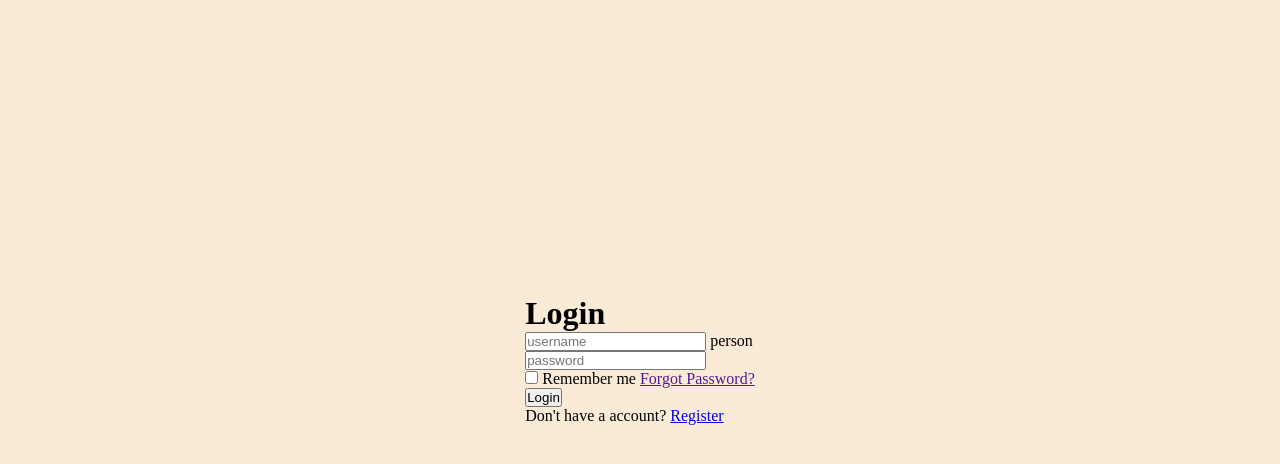
Repository: Kubraaygun/Html_Css_Login
Page: index.html
The author's editor kept a copy of each file at every save. The page is drawn from the files as they stood at one save, then again after the next save.
The browser window is 1280 px wide. The pictures show the whole page.

Above is the page before, as saved 2025-03-05 18:49:22.

After the next save:
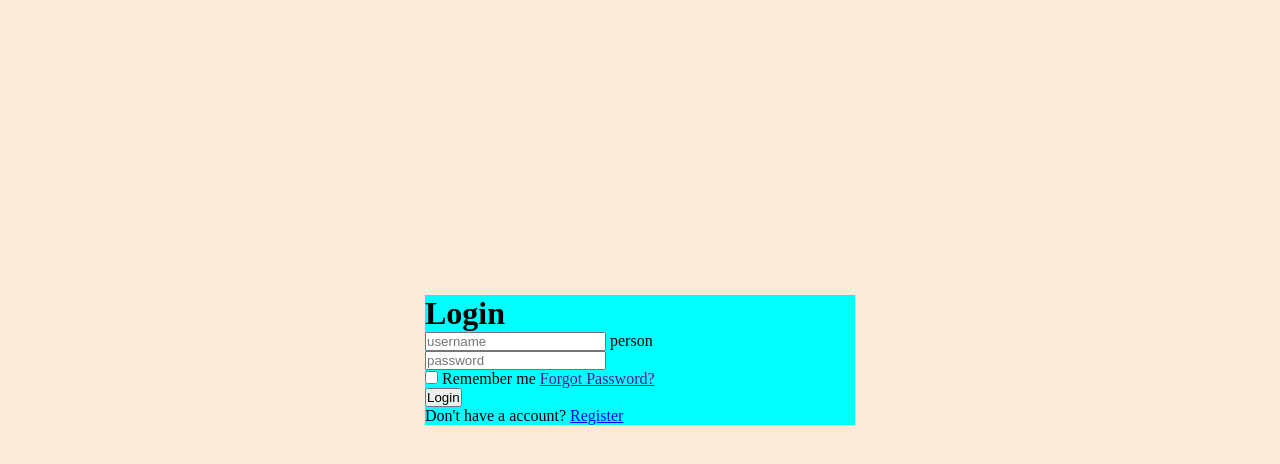
Saved 8 s later.
--- a/style.css
+++ b/style.css
@@ -11,7 +11,7 @@ body {
   background-color: antiquewhite;
 }
 
-.containe {
+.container {
   width: 430px;
   background-color: aqua;
 }
